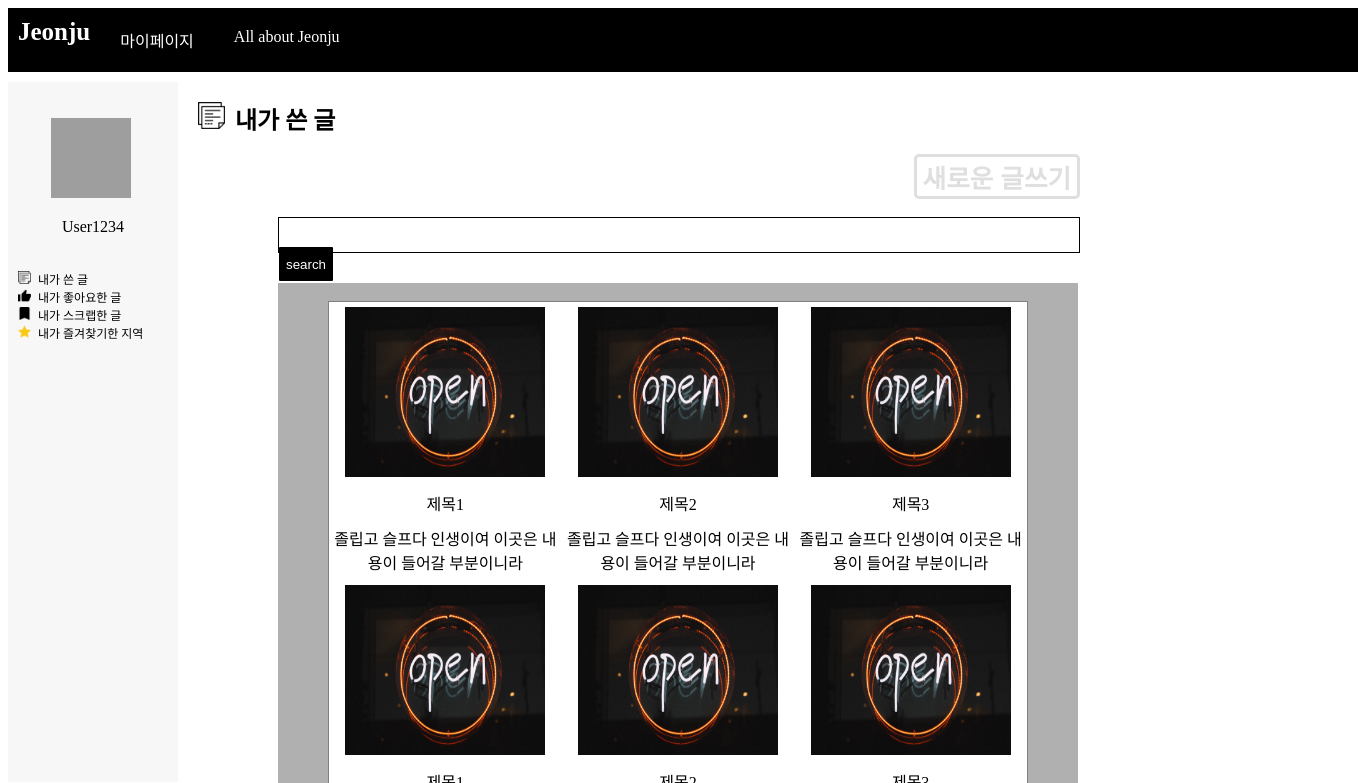
Repository: wka99/WEB-PROJECT
Page: http://localhost/Jeonju/UserPage.html
The author's editor kept a copy of each file at every save. The page is drawn from the files as they stood at one save, then again after the next save.
The browser window is 1280 px wide. The page is 1358 px wide, so the pictures cover 1358 px, including what lies to the right of the window. The pictures show the whole page.
Pictures or frames that could not be fetched are drawn as grey boxes. An inner scrolling area shows only its first screen. Some web libraries are served in a nearby version. The page is served by Tomcat 9.

Above is the page before, as saved 2018-12-03 09:16:27.

After the next save:
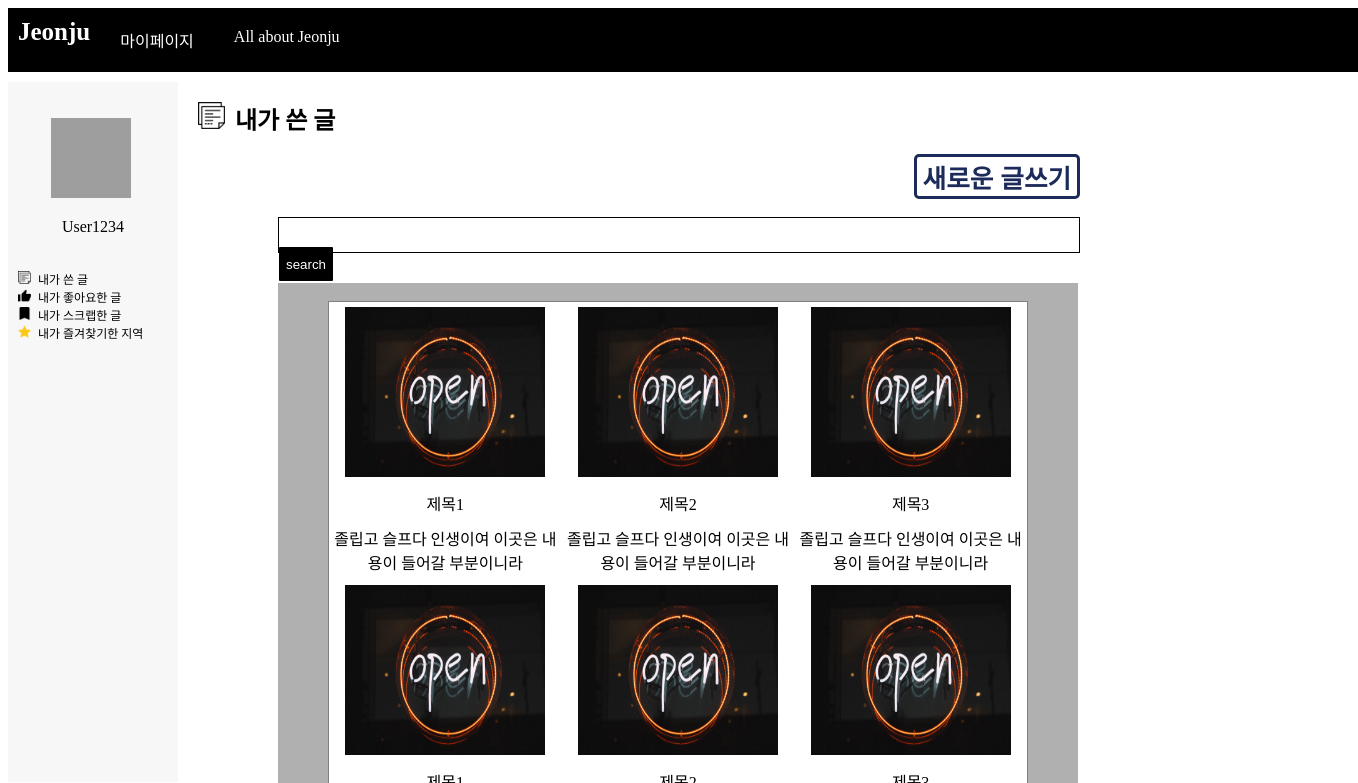
Saved 3 min 1 s later.
--- a/Jeonju/WebContent/NewFile.css
+++ b/Jeonju/WebContent/NewFile.css
@@ -103,6 +103,7 @@
 	.search:hover {
 		background: #faa93e;
 	}
+
 	.btn-2,
 	.btn-2::after {
 	  -webkit-transition: all 0.3s;
@@ -110,12 +111,11 @@
 	  -o-transition: all 0.3s;
 	    transition: all 0.3s;
 	}
-
 	.btn-2{
 	  background: none;
-	  border: 3px solid #dfdfdf;
+	  border: 3px solid #1c2b5a;
 	  border-radius: 5px;
-	  color: #dfdfdf;
+	  color: #1c2b5a;
 	  display: block;
 	  font-size: 1.6em;
 	  font-weight: bold;
@@ -125,14 +125,14 @@
 
 	.btn-2::before,
 	.btn-2::after {
-	  background: #dfdfdf;
+	  background: #1c2b5a;
 	  content: '';
 	  position: absolute;
 	  z-index: -1;
 	}
 
 	.btn-2:hover {
-	  color: #2ecc71;
+	  color: #fff;
 	}
 
 	.btn-2::after {
